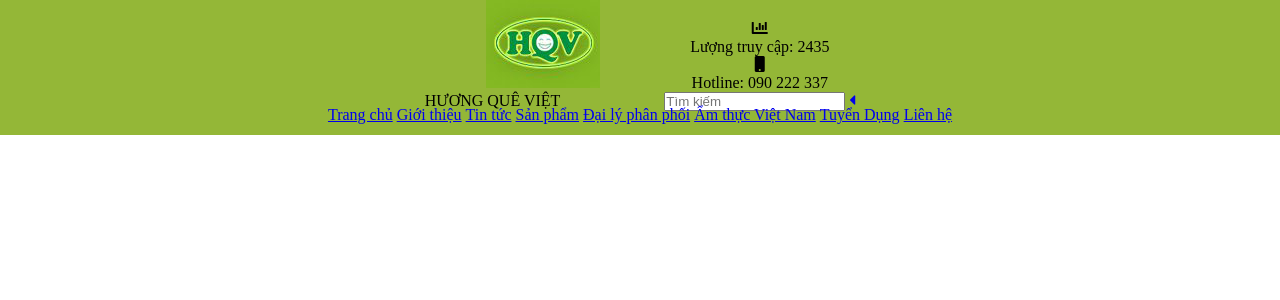
Repository: NgocTruong0701/Self_Learning
Page: html/practice/Baitapweb/index.html
The author's editor kept a copy of each file at every save. The page is drawn from the files as they stood at one save, then again after the next save.
The browser window is 1280 px wide. The pictures show the whole page.

Above is the page before, as saved 2021-10-06 16:58:06.

After the next save:
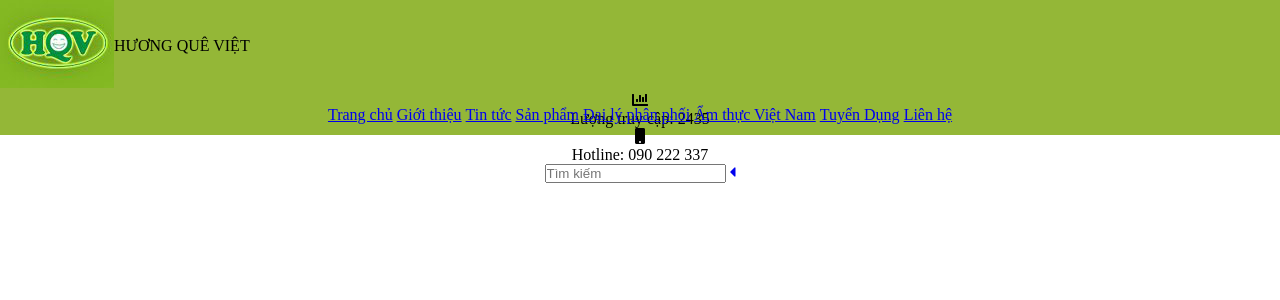
Saved 7 s later.
--- a/html/practice/Baitapweb/assets/css/styles.css
+++ b/html/practice/Baitapweb/assets/css/styles.css
@@ -29,8 +29,8 @@ header{
 }
 
 header .box-left{
-    display: inline-block;
-    height: 95px;
+    display: flex;
+    align-items: center;
 }
 
 header .box-right{
